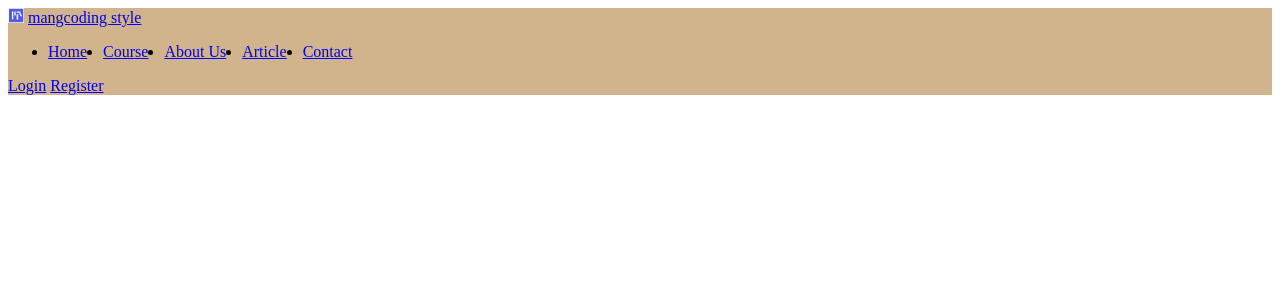
Repository: Dania-Alqam/landing-page
Page: index.html
The author's editor kept a copy of each file at every save. The page is drawn from the files as they stood at one save, then again after a run of saves.
The browser window is 1280 px wide. The pictures show the whole page.

Above is the page before, as saved 2024-06-21 19:24:42.

After the next 5 saves:
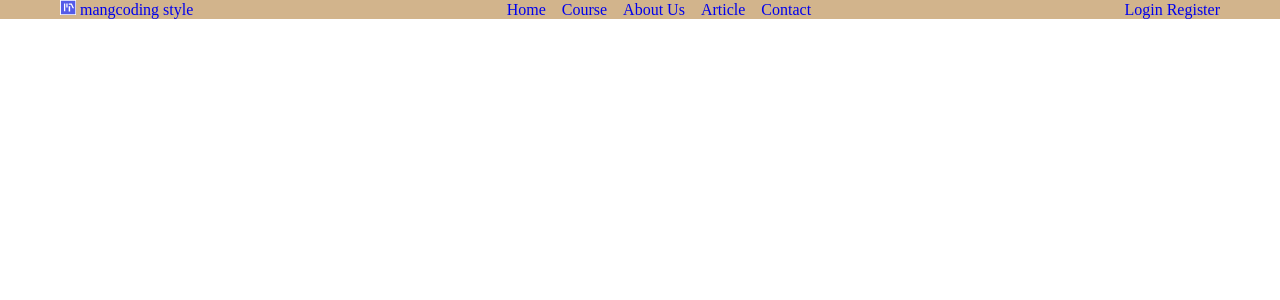
The 5 saves are shown as one change because they came seconds apart.
The last was saved 14 s later.
--- a/index.html
+++ b/index.html
@@ -5,7 +5,7 @@
     <meta name="viewport" content="width=device-width, initial-scale=1.0" />
     <title>Document</title>
     <link rel="stylesheet" href="./assests/css/main.css" />
-    <link re />
+    <link rel="stylesheet" href="./assests/css/public.css" />
   </head>
   <body>
     <header class="header">
